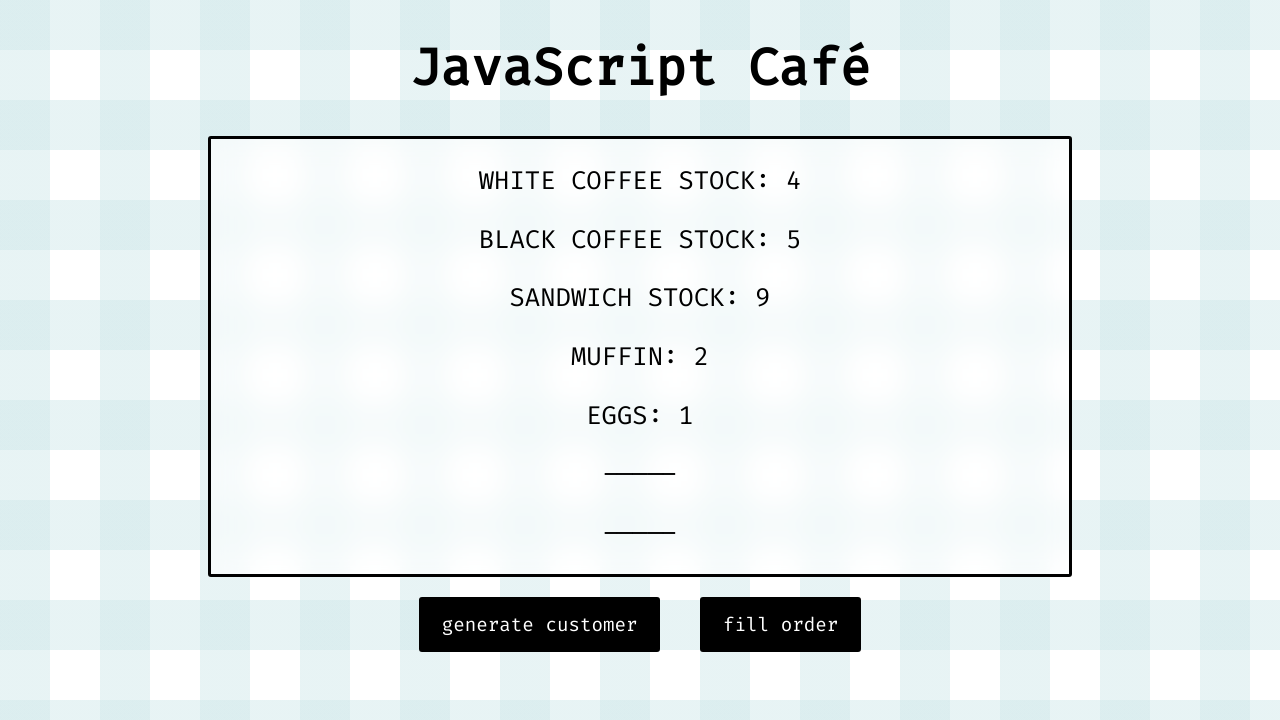
Repository: dev-academy-foundations-records/records-script
Page: Tiaanz/javascript-cafe/main/index.html
The author's editor kept a copy of each file at every save. The page is drawn from the files as they stood at one save, then again after a run of saves.
The browser window is 1280 px wide. The pictures show the whole page.

Above is the page before, as saved 2023-01-24 14:21:38.

After the next 2 saves:
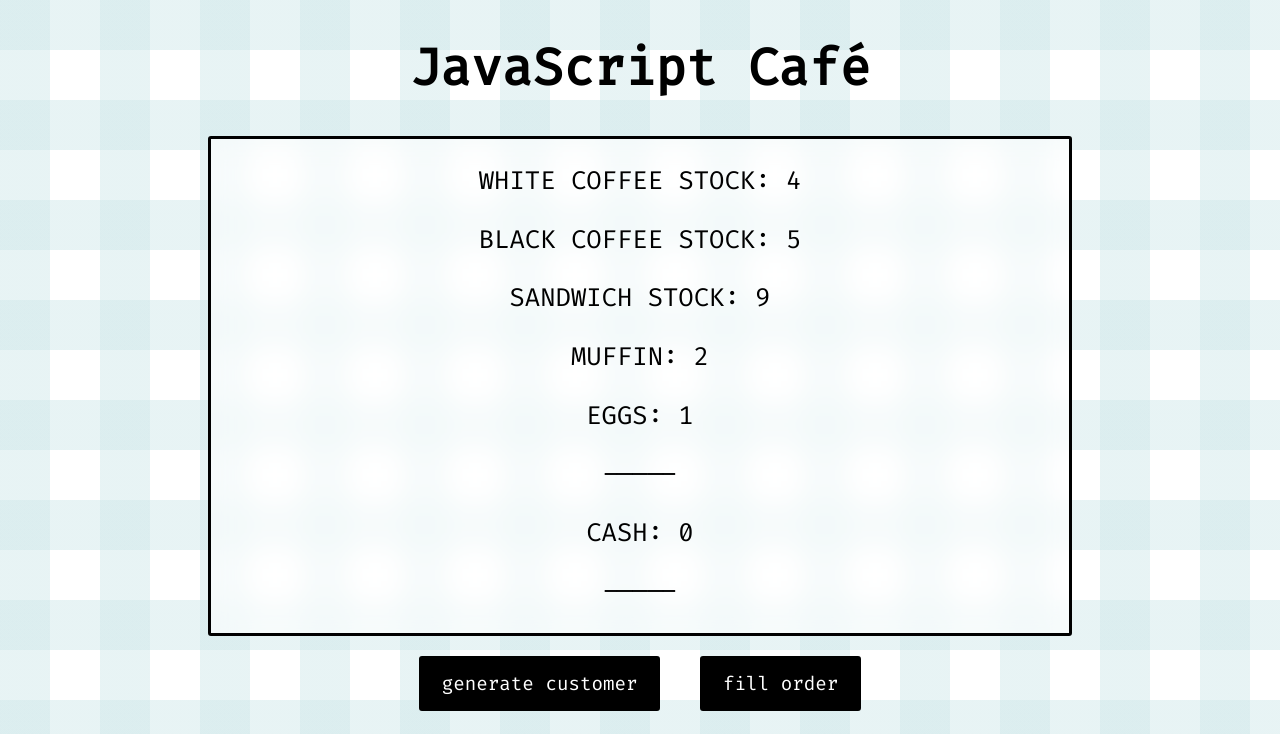
The 2 saves are shown as one change because they came seconds apart.
The last was saved 12 s later.
--- a/Tiaanz/javascript-cafe/main/cafe.js
+++ b/Tiaanz/javascript-cafe/main/cafe.js
@@ -102,6 +102,7 @@ let cash = 0;
 function displayCash() {
     document.getElementById('cash').innerHTML=`CASH: ${cash}`
 }
+displayCash()
 
 
 
